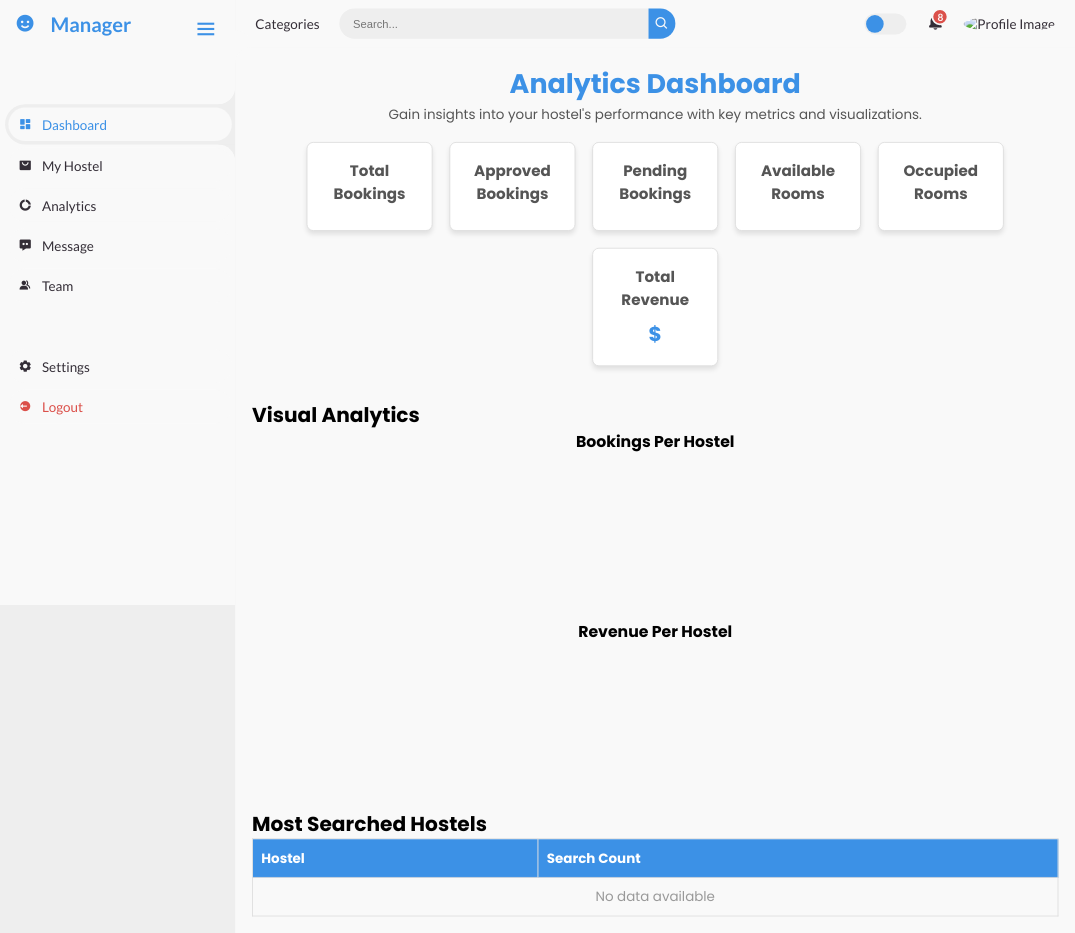
Repository: peter417waweru/hostelkona
Page: hostelkona/kona/templates/dashboard/analytics.html
An editor plug-in stored every save of this project. The page is shown before and after the next save, followed by the edit.
The browser window is 1280 px wide. The pictures show the whole page, at 84% of full size.
The page is served by the project's application, run on Django 5.2 (hostelkona/manage.py). Other server files are loaded and not shown. The template is opened directly, without the code that normally fills it, so the values that code supplies are empty.

Above is the page before, as saved 2025-01-28 13:27:25.
Console error: TypeError: Cannot read properties of null (reading 'textContent')

### hostelkona/kona/templates/dashboard/analytics.html
{% extends 'dashbase.html' %}

{% block content %}
{% load static %}
<link rel="stylesheet" href="{% static 'styles/dashboard.css' %}">
<div class="analytics-container">
    <!-- Page Header -->
    <div class="page-header">
        <h1>Analytics Dashboard</h1>
        <p>Gain insights into your hostel's performance with key metrics and visualizations.</p>
    </div>

    <!-- Key Metrics Section -->
    <div class="key-metrics">
        <div class="metric-card">
            <h3>Total Bookings</h3>
            <p>{{ total_bookings }}</p>
        </div>
        <div class="metric-card">
            <h3>Approved Bookings</h3>
            <p>{{ approved_bookings }}</p>
        </div>
        <div class="metric-card">
            <h3>Pending Bookings</h3>
            <p>{{ pending_bookings }}</p>
        </div>
        <div class="metric-card">
            <h3>Available Rooms</h3>
            <p>{{ available_rooms }}</p>
        </div>
        <div class="metric-card">
            <h3>Occupied Rooms</h3>
            <p>{{ occupied_rooms }}</p>
        </div>
        <div class="metric-card">
            <h3>Total Revenue</h3>
            <p>${{ total_revenue }}</p>
        </div>
    </div>

    <!-- Charts Section -->
    <div class="charts-section">
        <h2>Visual Analytics</h2>

        <div class="chart-wrapper">
            <h3>Bookings Per Hostel</h3>
            <canvas id="bookingsChart"></canvas>
        </div>

        <div class="chart-wrapper">
            <h3>Revenue Per Hostel</h3>
            <canvas id="revenueChart"></canvas>
        </div>
    </div>

    <!-- Table for Detailed Data -->
    <div class="detailed-data">
        <h2>Most Searched Hostels</h2>
        <table class="data-table">
            <thead>
                <tr>
                    <th>Hostel</th>
                    <th>Search Count</th>
                </tr>
            </thead>
            <tbody>
                {% for hostel in most_searched_hostels %}
                <tr>
                    <td>{{ hostel.hostel__name }}</td>
                    <td>{{ hostel.search_count }}</td>
                </tr>
                {% empty %}
                <tr>
                    <td colspan="2" class="no-data">No data available</td>
                </tr>
                {% endfor %}
            </tbody>
        </table>
    </div>
</div>

<!-- Chart.js Library -->
<script src="https://cdn.jsdelivr.net/npm/chart.js"></script>

<!-- Chart Configurations -->
<script>
    // Bookings Chart
    const bookingsData = JSON.parse(document.getElementById('bookings-data').textContent);
    const bookingsLabels = bookingsData.map(item => item.hostel__name);
    const bookingsCounts = bookingsData.map(item => item.total);

    const bookingsCtx = document.getElementById('bookingsChart').getContext('2d');
    new Chart(bookingsCtx, {
        type: 'bar',
        data: {
            labels: bookingsLabels,
            datasets: [{
                label: 'Bookings Per Hostel',
                data: bookingsCounts,
                backgroundColor: 'rgba(75, 192, 192, 0.2)',
                borderColor: 'rgba(75, 192, 192, 1)',
                borderWidth: 1
            }]
        },
        options: {
            responsive: true,
            plugins: {
                legend: {
                    display: true
                },
                title: {
                    display: true,
                    text: 'Bookings Per Hostel'
                }
            }
        }
    });

    // Revenue Chart
    const revenueData = JSON.parse(document.getElementById('revenue-data').textContent);
    const revenueLabels = revenueData.map(item => item.booking__hostel__name);
    const revenueTotals = revenueData.map(item => item.total);

    const revenueCtx = document.getElementById('revenueChart').getContext('2d');
    new Chart(revenueCtx, {
        type: 'bar',
        data: {
            labels: revenueLabels,
            datasets: [{
                label: 'Revenue Per Hostel',
                data: revenueTotals,
                backgroundColor: 'rgba(255, 159, 64, 0.2)',
                borderColor: 'rgba(255, 159, 64, 1)',
                borderWidth: 1
            }]
        },
        options: {
            responsive: true,
            plugins: {
                legend: {
                    display: true
                },
                title: {
                    display: true,
                    text: 'Revenue Per Hostel'
                }
            }
        }
    });
</script>
{% endblock %}

### hostelkona/templates/dashbase.html
<!DOCTYPE html>
<html lang="en">
<head>
	<meta charset="UTF-8">
	<meta name="viewport" content="width=device-width, initial-scale=1.0">

	<!-- Boxicons -->
	<link href='https://unpkg.com/boxicons@2.0.9/css/boxicons.min.css' rel='stylesheet'>
	<!-- My CSS -->
	{% load static %}
	<link rel="stylesheet" href="{% static 'css/dashbase.css' %}">
	<title>Manager Dashboard</title>
</head>
<body>

	<!-- SIDEBAR -->
	<section id="sidebar">
		<a href="#" class="brand">
			<i class='bx bxs-smile'></i>
			<span class="text">Manager</span>
		</a>
		<button id="sidebar-toggle" class="sidebar-toggle">
			<i class='bx bx-menu'></i>
		</button>
		<ul class="side-menu top">
			<li class="active">
				<a href="{% url 'dashboard' %}">
					<i class='bx bxs-dashboard'></i>
					<span class="text">Dashboard</span>
				</a>
			</li>
			<li>
				<a href="{% url 'manager_hostels' %}">
					<i class='bx bxs-shopping-bag-alt'></i>
					<span class="text">My Hostel</span>
				</a>
			</li>
			<li>
				<a href="{% url 'analytics' %}">
					<i class='bx bxs-doughnut-chart'></i>
					<span class="text">Analytics</span>
				</a>
			</li>
			<li>
				<a href="#">
					<i class='bx bxs-message-dots'></i>
					<span class="text">Message</span>
				</a>
			</li>
			<li>
				<a href="#">
					<i class='bx bxs-group'></i>
					<span class="text">Team</span>
				</a>
			</li>
		</ul>
		<ul class="side-menu">
			<li id="settings-link">
				<a href="{% url 'settings' %}" class="{% if request.path == '/settings/' %}active{% endif %}">
					<i class='bx bxs-cog'></i>
					<span class="text">Settings</span>
				</a>
			</li>

			<li>
				<a href="{% url 'logout' %}" class="logout">
					<i class='bx bxs-log-out-circle'></i>
					<span class="text">Logout</span>
				</a>
			</li>
		</ul>
	</section>

	<!-- CONTENT -->
	<section id="content">
		<!-- NAVBAR -->
		<nav>
			<a href="#" class="nav-link">Categories</a>
			<form action="#">
				<div class="form-input">
					<input type="search" placeholder="Search...">
					<button type="submit" class="search-btn"><i class='bx bx-search'></i></button>
				</div>
			</form>
			<input type="checkbox" id="switch-mode" hidden>
			<label for="switch-mode" class="switch-mode"></label>
			<a href="#" class="notification">
				<i class='bx bxs-bell'></i>
				<span class="num">8</span>
			</a>

			<!-- Profile Image (Dynamic) -->
			<a href="{% if is_hostel_manager %}{% url 'settings' %}#profile-settings{% else %}{% url 'profile' %}{% endif %}" class="profile">
				<strong>{{ request.user.username }}</strong>
				<img src="{{ request.user.profile.profile_picture.url }}" alt="Profile Image">
			</a>
		</nav>

		<!-- MAIN CONTENT -->
		<div class="main-content">
			{% block content %}
			<!-- Child template content will be injected here -->
			{% endblock content %}
		</div>
	</section>

	<script src="{% static 'js/dashboard.js' %}"></script>
</body>
</html>

### hostelkona/hostelkona/urls.py
"""
URL configuration for hostelkona project.

The `urlpatterns` list routes URLs to views. For more information please see:
    https://docs.djangoproject.com/en/5.1/topics/http/urls/
Examples:
Function views
    1. Add an import:  from my_app import views
    2. Add a URL to urlpatterns:  path('', views.home, name='home')
Class-based views
    1. Add an import:  from other_app.views import Home
    2. Add a URL to urlpatterns:  path('', Home.as_view(), name='home')
Including another URLconf
    1. Import the include() function: from django.urls import include, path
    2. Add a URL to urlpatterns:  path('blog/', include('blog.urls'))
"""
from django.contrib import admin
from django.urls import path, include

urlpatterns = [
    path('admin/', admin.site.urls),
    path('', include('kona.urls'))
]

### hostelkona/kona/urls.py
from django.urls import path
from django.conf import settings
from django.conf.urls.static import static
from . import views

urlpatterns = [
    path('', views.home_page, name='home_page'),
    path('register/', views.customer_register, name='register'),
    path('login/', views.login_view, name='login'),
    path('logout/', views.logout_view, name='logout'),
    path('profile/', views.profile_view, name='profile'),
    path('hostels/<int:hostel_id>/rooms/', views.hostel_rooms, name='hostel_rooms'),
    path('rooms/<int:room_id>/book/', views.book_room, name='book_room'),
    path('application-success/', views.application_success, name='application_success'),

    path('about-us/', views.about_us, name='about_us'),
    path('privacy-policy/', views.privacy_policy, name='privacy_policy'),
    path('terms-conditions/', views.terms_conditions, name='terms_conditions'),
    path('contact-us/', views.contact_us, name='contact_us'),
    path('cart/', views.view_cart, name='cart'),
    path('help/', views.help_page, name='help'),

    path('download-receipt/<str:receipt_id>/', views.download_receipt, name='download_receipt'),
    path('dashboard/download-pdf/', views.download_dashboard_pdf, name='download_dashboard_pdf'),
    path('dashboard/', views.dashboard, name='dashboard'),


    path('<int:hostel_id>/detail/', views.hostel_details, name='hostel_details'),
    path('dashboard/my-hostels/', views.manager_hostels, name='manager_hostels'),
    path('booking_success/', views.booking_success, name='booking_success'),

    path('dashboard/add-hostel/', views.add_hostel, name='add_hostel'),
    path('dashboard/update-hostel/<int:pk>/', views.update_hostel, name='update_hostel'),
    path('dashboard/delete-hostel/<int:hostel_id>/', views.delete_hostel, name='delete_hostel'),
    path('hostel/<int:hostel_id>/add-room/', views.add_room, name='add_room'),

    path('room/<int:id>/update/', views.update_room, name='update_room'),
    path('room/<int:id>/delete/', views.delete_room, name='delete_room'),
    path('update-profile/', views.update_profile, name='update_profile'),

    path('notifications/mark-read/', views.mark_notifications_read, name='mark_notifications_read'),
    path('dashboard/view_booking_requests/', views.view_booking_requests, name='view_booking_requests'),
    path('requests/<int:request_id>/', views.manage_booking_request, name='manage_booking_request'),

    path('settings/', views.settings_view, name='settings'),
    path('update_settings/', views.update_settings, name='update_settings'),

    path('analytics/', views.analytics_view, name='analytics'),
    path('api/occupancy-rate/', views.occupancy_rate, name='occupancy_rate'),
]


if settings.DEBUG:
    urlpatterns += static(settings.MEDIA_URL, document_root=settings.MEDIA_ROOT)

### hostelkona/static/css/dashbase.css
@import url('https://fonts.googleapis.com/css2?family=Lato:wght@400;700&family=Poppins:wght@400;500;600;700&display=swap');

* {
	margin: 0;
	padding: 0;
	box-sizing: border-box;
}

a {
	text-decoration: none;
}

li {
	list-style: none;
}

:root {
	--poppins: 'Poppins', sans-serif;
	--lato: 'Lato', sans-serif;

	--light: #F9F9F9;
	--blue: #3C91E6;
	--light-blue: #CFE8FF;
	--grey: #eee;
	--dark-grey: #AAAAAA;
	--dark: #342E37;
	--red: #DB504A;
	--yellow: #FFCE26;
	--light-yellow: #FFF2C6;
	--orange: #FD7238;
	--light-orange: #FFE0D3;
}

html {
	overflow-x: hidden;
}

body.dark {
	--light: #0C0C1E;
	--grey: #060714;
	--dark: #FBFBFB;
}

body {
	background: var(--grey);
	overflow-x: hidden;
}
/* SIDEBAR */
#sidebar {
    position: fixed;
    top: 0;
    left: 0;
    width: 280px;
    height: 100%;
    background: var(--light);
    z-index: 2000;
    font-family: var(--lato);
    transition: .3s ease;
    overflow-x: hidden;
    scrollbar-width: none;
}

#sidebar::--webkit-scrollbar {
    display: none;
}

#sidebar.hide .brand {
    width: 60px;
    /* Collapse the sidebar width */
}

#sidebar .brand {
    font-size: 24px;
    font-weight: 700;
    height: 56px;
    display: flex;
    align-items: center;
    color: var(--blue);
    position: sticky;
    top: 0;
    left: 0;
    background: var(--light);
    z-index: 500;
    padding-bottom: 20px;
    box-sizing: content-box;
}

#sidebar .brand .bx {
    min-width: 60px;
    display: flex;
    justify-content: center;
}

#sidebar .side-menu {
    width: 100%;
    margin-top: 48px;
}

#sidebar .side-menu li {
    height: 48px;
    background: transparent;
    margin-left: 6px;
    border-radius: 48px 0 0 48px;
    padding: 4px;
}

#sidebar .side-menu li.active {
    background: var(--grey);
    position: relative;
}

#sidebar .side-menu li.active::before {
    content: '';
    position: absolute;
    width: 40px;
    height: 40px;
    border-radius: 50%;
    top: -40px;
    right: 0;
    box-shadow: 20px 20px 0 var(--grey);
    z-index: -1;
}

#sidebar .side-menu li.active::after {
    content: '';
    position: absolute;
    width: 40px;
    height: 40px;
    border-radius: 50%;
    bottom: -40px;
    right: 0;
    box-shadow: 20px -20px 0 var(--grey);
    z-index: -1;
}

#sidebar .side-menu li a {
    width: 100%;
    height: 100%;
    background: var(--light);
    display: flex;
    align-items: center;
    border-radius: 48px;
    font-size: 16px;
    color: var(--dark);
    white-space: nowrap;
    overflow-x: hidden;
}

/* Light Theme */
body.light-theme {
    --sidebar-toggle-color: #3C91E6;
}

/* Dark Theme */
body.dark-theme {
    --sidebar-toggle-color: white;
}

/* SIDEBAR TOGGLE BUTTON */
#sidebar-toggle {
    position: absolute;
    top: 20px;
    right: 20px;
    background: none;
    border: none;
    color: var(--sidebar-toggle-color); /* Use the theme-specific color */
    font-size: 30px;
    cursor: pointer;
    z-index: 1001;
}



#sidebar .side-menu.top li.active a {
    color: var(--blue);
}

#sidebar.hide {
    width: 60px; /* Reduced width for collapsed sidebar */
    overflow: hidden; /* Ensure hidden text or elements don't affect layout */
    transition: all 0.3s ease;
}

#sidebar.hide .side-menu li a {
    width: calc(48px - (4px * 2));
    transition: width .3s ease;
    /* Shrink the link width when sidebar is hidden */
}

#sidebar .side-menu li a.logout {
    color: var(--red);
}

#sidebar .side-menu.top li a:hover {
    color: var(--blue);
}

#sidebar .side-menu li a .bx {
    min-width: calc(60px - ((4px + 6px) * 2));
    display: flex;
    justify-content: center;
}

@media (max-width: 768px) {
	#sidebar.hide {
	  left: -280px;
	}
	#sidebar {
	  left: 0;  /* Show the sidebar by default on larger screens */
	}
  }
 /* SIDEBAR */


/* Default light theme (no changes required) */

/* Dark theme styles */
body.dark {
    background-color: #121212;
    color: #ffffff;
}

body.dark #sidebar {
    background-color: #1f1f1f;
}

body.dark .side-menu a {
    color: #ffffff;
}

body.dark .side-menu a:hover {
    background-color: #333333;
}

body.dark .box-info {
    background-color: #1e1e1e;
}

body.dark .table-data .order {
    background-color: #1e1e1e;
    color: #ffffff;
}


/* CONTENT ADJUSTMENT */
#content {
    width: calc(100% - 280px);
    left: 280px;
    transition: all 0.3s ease;
}

#sidebar.hide ~ #content {
    width: calc(100% - 60px); /* Adjust width for collapsed sidebar */
    left: 60px; /* Align content with collapsed sidebar */
}



/* NAVBAR */
#content nav {
	height: 56px;
	background: var(--light);
	padding: 0 24px;
	display: flex;
	align-items: center;
	grid-gap: 24px;
	font-family: var(--lato);
	position: sticky;
	top: 0;
	left: 0;
	z-index: 1000;
}
#content nav::before {
	content: '';
	position: absolute;
	width: 40px;
	height: 40px;
	bottom: -40px;
	left: 0;
	border-radius: 50%;
	box-shadow: -20px -20px 0 var(--light);
}
#content nav a {
	color: var(--dark);
}
#content nav .bx.bx-menu {
	cursor: pointer;
	color: var(--dark);
}
#content nav .nav-link {
	font-size: 16px;
	transition: .3s ease;
}
#content nav .nav-link:hover {
	color: var(--blue);
}
#content nav form {
	max-width: 400px;
	width: 100%;
	margin-right: auto;
}
#content nav form .form-input {
	display: flex;
	align-items: center;
	height: 36px;
}
#content nav form .form-input input {
	flex-grow: 1;
	padding: 0 16px;
	height: 100%;
	border: none;
	background: var(--grey);
	border-radius: 36px 0 0 36px;
	outline: none;
	width: 100%;
	color: var(--dark);
}
#content nav form .form-input button {
	width: 36px;
	height: 100%;
	display: flex;
	justify-content: center;
	align-items: center;
	background: var(--blue);
	color: var(--light);
	font-size: 18px;
	border: none;
	outline: none;
	border-radius: 0 36px 36px 0;
	cursor: pointer;
}
#content nav .notification {
	font-size: 20px;
	position: relative;
}
#content nav .notification .num {
	position: absolute;
	top: -6px;
	right: -6px;
	width: 20px;
	height: 20px;
	border-radius: 50%;
	border: 2px solid var(--light);
	background: var(--red);
	color: var(--light);
	font-weight: 700;
	font-size: 12px;
	display: flex;
	justify-content: center;
	align-items: center;
}
#content nav .profile img {
	width: 36px;
	height: 36px;
	object-fit: cover;
	border-radius: 50%;
}
#content nav .switch-mode {
	display: block;
	min-width: 50px;
	height: 25px;
	border-radius: 25px;
	background: var(--grey);
	cursor: pointer;
	position: relative;
}
#content nav .switch-mode::before {
	content: '';
	position: absolute;
	top: 2px;
	left: 2px;
	bottom: 2px;
	width: calc(25px - 4px);
	background: var(--blue);
	border-radius: 50%;
	transition: all .3s ease;
}
#content nav #switch-mode:checked + .switch-mode::before {
	left: calc(100% - (25px - 4px) - 2px);
}
/* NAVBAR */

Loaded but not shown: hostelkona/kona/static/js/dashboard.js (76 lines, source omitted); hostelkona/kona/static/styles/dashboard.css (775 lines, source omitted)

After the next save:
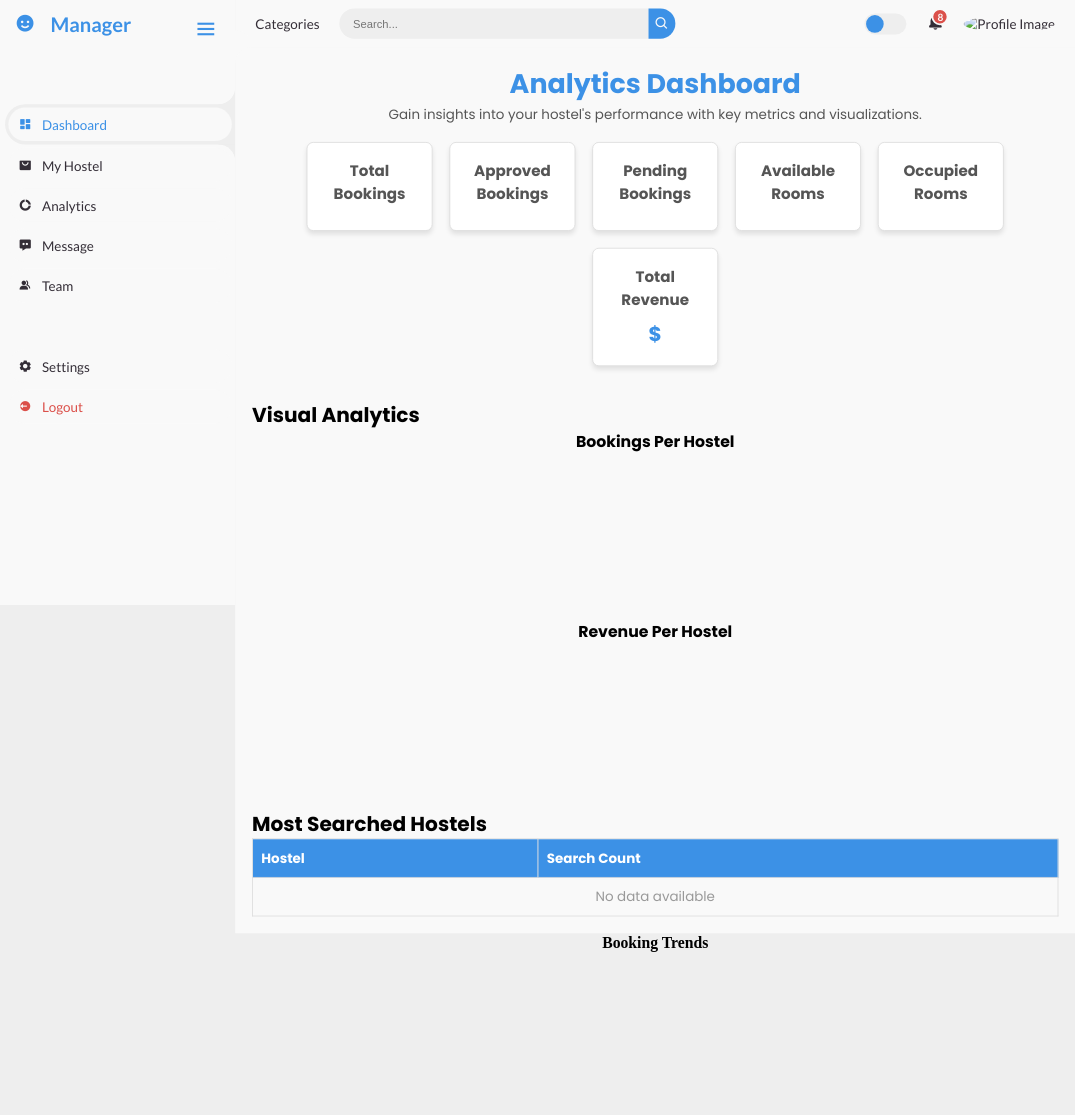
Saved 21 min 13 s later.
--- a/hostelkona/kona/templates/dashboard/analytics.html
+++ b/hostelkona/kona/templates/dashboard/analytics.html
@@ -82,6 +82,45 @@
 <!-- Chart.js Library -->
 <script src="https://cdn.jsdelivr.net/npm/chart.js"></script>
 
+<div class="chart-wrapper">
+    <h3>Booking Trends</h3>
+    <canvas id="bookingTrendsChart"></canvas>
+</div>
+
+<script>
+    // Booking Trends Chart
+    const bookingTrendsData = JSON.parse(document.getElementById('booking-trends-data').textContent);
+    const bookingTrendsLabels = bookingTrendsData.map(item => item.date);
+    const bookingTrendsCounts = bookingTrendsData.map(item => item.total);
+
+    const bookingTrendsCtx = document.getElementById('bookingTrendsChart').getContext('2d');
+    new Chart(bookingTrendsCtx, {
+        type: 'line',
+        data: {
+            labels: bookingTrendsLabels,
+            datasets: [{
+                label: 'Bookings Over Time',
+                data: bookingTrendsCounts,
+                backgroundColor: 'rgba(153, 102, 255, 0.2)',
+                borderColor: 'rgba(153, 102, 255, 1)',
+                borderWidth: 1
+            }]
+        },
+        options: {
+            responsive: true,
+            plugins: {
+                legend: {
+                    display: true
+                },
+                title: {
+                    display: true,
+                    text: 'Booking Trends'
+                }
+            }
+        }
+    });
+</script>
+
 <!-- Chart Configurations -->
 <script>
     // Bookings Chart
